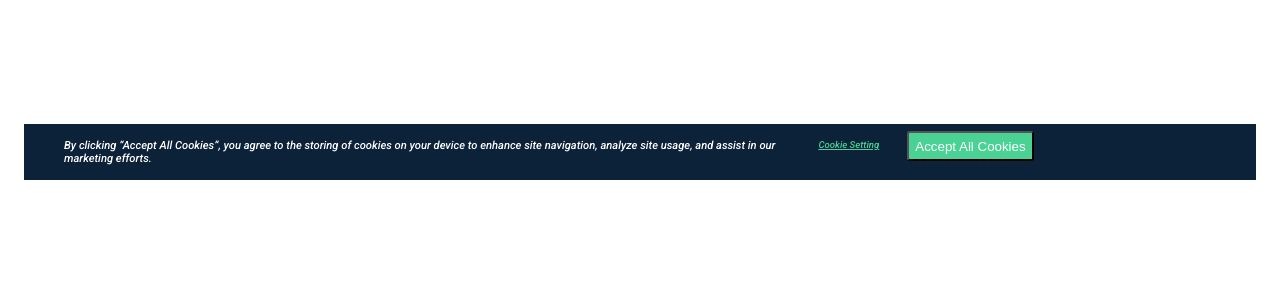
Repository: batonAnton/cursor_cookies_lectr3
Page: index.html
The author's editor kept a copy of each file at every save. The page is drawn from the files as they stood at one save, then again after the next save.
The browser window is 1280 px wide. The pictures show the whole page.

Above is the page before, as saved 2022-06-01 11:25:34.

After the next save:
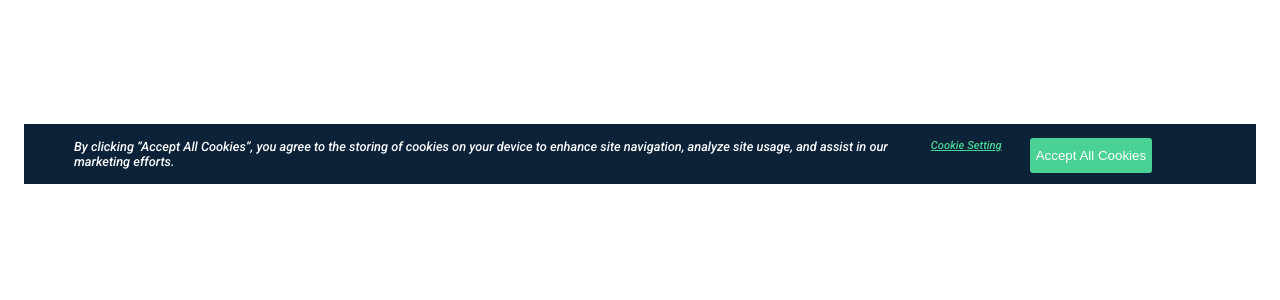
Saved 9 min 44 s later.
--- a/css/style.css
+++ b/css/style.css
@@ -3,33 +3,34 @@ body {
   font-family: "Roboto", sans-serif;
 }
 p {
-  font-size: 0.7rem;
+  font-size: 0.8rem;
 }
 
 .banner_1 {
   width: 100%;
-  /* height: 72px; */
   display: inline-flex;
   background-color: #0b2239;
 }
 
 .banner_1 p {
   color: #ffffff;
-  margin: 15px 15px 15px 40px;
+  margin: 15px 15px 15px 50px;
 }
+
 
 .banner_1 a {
   color: #4ad295;
   margin: 15px 28px;
-  font-size: 0.6rem;
+  font-size: 0.7rem;
   text-transform: capitalize;
 }
 
 .banner_1 button {
   color: #ffffff;
   background-color: #4ad295;
-  margin: 7px 40px 0px 0px;
-  height: 30px;
+  margin: 14px 50px 0px 0px;
+  height: 35px;
   text-transform: capitalize;
   border-radius: 3px;
+  border: none;
 }
